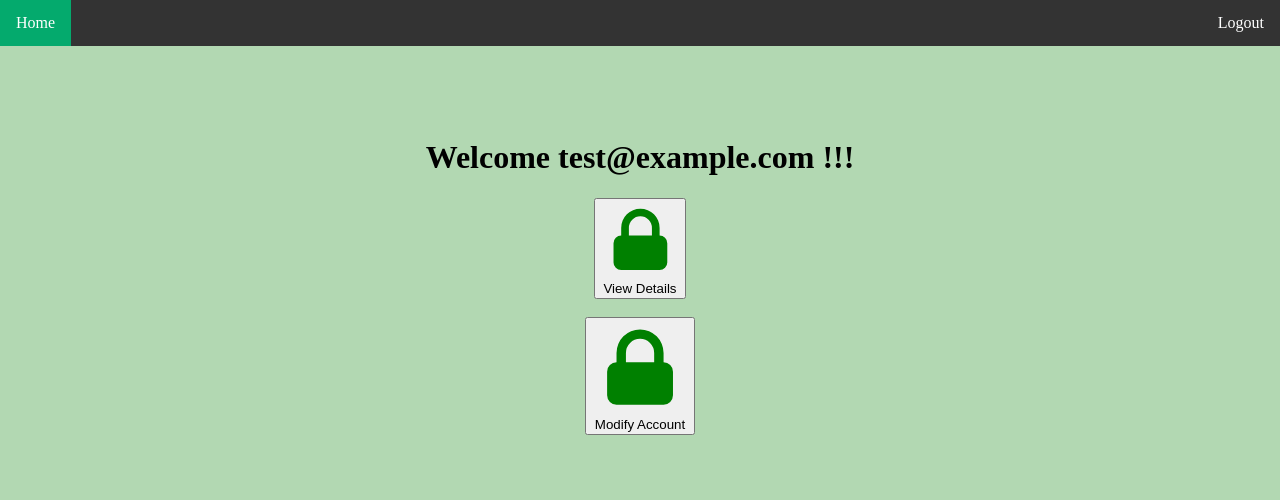
Repository: sach7691/original-book-store
Page: http://localhost/online-book-store-application/dashboard.jsp
These files come from the project's save history. The page is drawn as it stood at one moment and after the next save; the edit follows.
The browser window is 1280 px wide. The pictures show the whole page.
The page is served by Tomcat 9. The session is filled in as if someone had signed in: {"email": "test@example.com"}. Other server files are loaded and not shown.

Above is the page before, as saved 2022-08-31 19:56:10.

### online-book-store-application/src/main/webapp/dashboard.jsp

<%@ page language="java" contentType="text/html; charset=ISO-8859-1"
	pageEncoding="ISO-8859-1"%>
<%@ taglib uri="http://java.sun.com/jsp/jstl/core" prefix="c"%>
<!DOCTYPE html>
<html>
<head>
<meta charset="ISO-8859-1">
<meta name="viewport" content="width=device-width, initial-scale=1.0">
<title>Dashboard</title>
</head>
<body>
	<%

  response.setHeader("Cache-Control", "no-cache,no-store,must-revalidate"); //prevent back button after logout HTTP 1.1
  //HTTP 1.0 and if you use proxy seperatly should remove cache to prevent back button
   response.setHeader("Pragma","no-cache"); //HTTP 1.0
   response.setDateHeader ("Expires", 0);
  if(session.getAttribute("email")==null){
	response.sendRedirect("login.jsp");
}
%>
<style>


body
{
  margin: 0;
  background: rgba(0, 128, 0, 0.3);

}
 letter {
   color: #ea503f;
   font-family: Arial;
   float: center;
 }

ul.topnav {
  list-style-type: none;
  margin: 0;
  padding: 0;
  overflow: hidden;
  background-color: #333;
}

ul.topnav li {float: left;}

ul.topnav li a {
  display: block;
  color: white;
  text-align: center;
  padding: 14px 16px;
  text-decoration: none;
}

ul.topnav li a:hover:not(.active) {background-color: #111;}

ul.topnav li a.active {background-color: #04AA6D;}

ul.topnav li.right {float: right;}

@media screen and (max-width: 600px) {
  ul.topnav li.right,
  ul.topnav li {float: none;}
}
</style>
</head>
<body>
<form action="http://localhost:8080/online-book-store-application/LogoutCustomerServlet" method="GET">
<div>
<ul class="topnav">
  <li><a class="active" href="welcome.jsp">Home</a></li>
  <li class="right"><a href="login.jsp">Logout</a></li>
</ul>
<br>
<br>
<br>
<br>
</div>
</form>
<form action="http://localhost:8080/online-book-store-application/AccountDetailsServlet"  method="GET">

<%

session.getAttribute("email");
session.getAttribute("modifyCustomer");

%>
<center>
<div>
<p style="color: red;"><h1>Welcome ${email} !!!</h1></p>
</div>

 <input type="text" id="email" name="email" value= "${email}" hidden="" >
        <button type="submit" class="group relative w-full flex justify-center py-2 px-4 border border-transparent text-sm font-medium rounded-md text-white bg-green-600 hover:bg-green-700 focus:outline-none focus:ring-2 focus:ring-offset-2 focus:ring-indigo-500">
          <span class="absolute left-0 inset-y-0 flex items-center pl-3">
            <!-- Heroicon name: solid/lock-closed -->
            <svg class="h-5 w-5 text-indigo-500 group-hover:text-indigo-400" xmlns="http://www.w3.org/2000/svg" viewBox="0 0 20 20" fill="green" aria-hidden="true">
              <path fill-rule="evenodd" d="M5 9V7a5 5 0 0110 0v2a2 2 0 012 2v5a2 2 0 01-2 2H5a2 2 0 01-2-2v-5a2 2 0 012-2zm8-2v2H7V7a3 3 0 016 0z" clip-rule="evenodd" />
            </svg>
          </span>
          View Details
        </button>
 </form>
 <br>
  <br>
 <form action="http://localhost:8080/online-book-store-application/ModifyCustomerServlet"  method="POST">
  <button type="submit" class="group relative w-full flex justify-center py-2 px-4 border border-transparent text-sm font-medium rounded-md text-white bg-green-600 hover:bg-green-700 focus:outline-none focus:ring-2 focus:ring-offset-2 focus:ring-indigo-500">
          <span class="absolute left-0 inset-y-0 flex items-center pl-3">
            <!-- Heroicon name: solid/lock-closed -->
            <svg class="h-5 w-5 text-indigo-500 group-hover:text-indigo-400" xmlns="http://www.w3.org/2000/svg" viewBox="0 0 20 20" fill="green" aria-hidden="true">
              <path fill-rule="evenodd" d="M5 9V7a5 5 0 0110 0v2a2 2 0 012 2v5a2 2 0 01-2 2H5a2 2 0 01-2-2v-5a2 2 0 012-2zm8-2v2H7V7a3 3 0 016 0z" clip-rule="evenodd" />
            </svg>
          </span>
          Modify Account
        </button>
 </form>
</center>
</body>
</html>

After the next save:
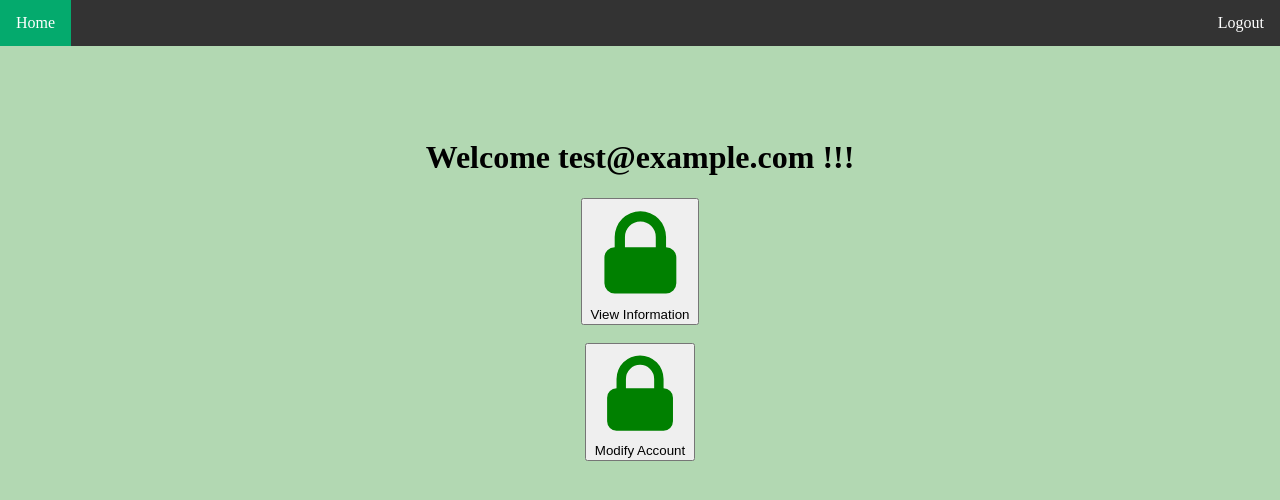
Saved 23 s later.
--- a/online-book-store-application/src/main/webapp/dashboard.jsp
+++ b/online-book-store-application/src/main/webapp/dashboard.jsp
@@ -99,7 +99,7 @@ session.getAttribute("modifyCustomer");
               <path fill-rule="evenodd" d="M5 9V7a5 5 0 0110 0v2a2 2 0 012 2v5a2 2 0 01-2 2H5a2 2 0 01-2-2v-5a2 2 0 012-2zm8-2v2H7V7a3 3 0 016 0z" clip-rule="evenodd" />
             </svg>
           </span>
-          View Details
+          View Information
         </button>
  </form>
  <br>
